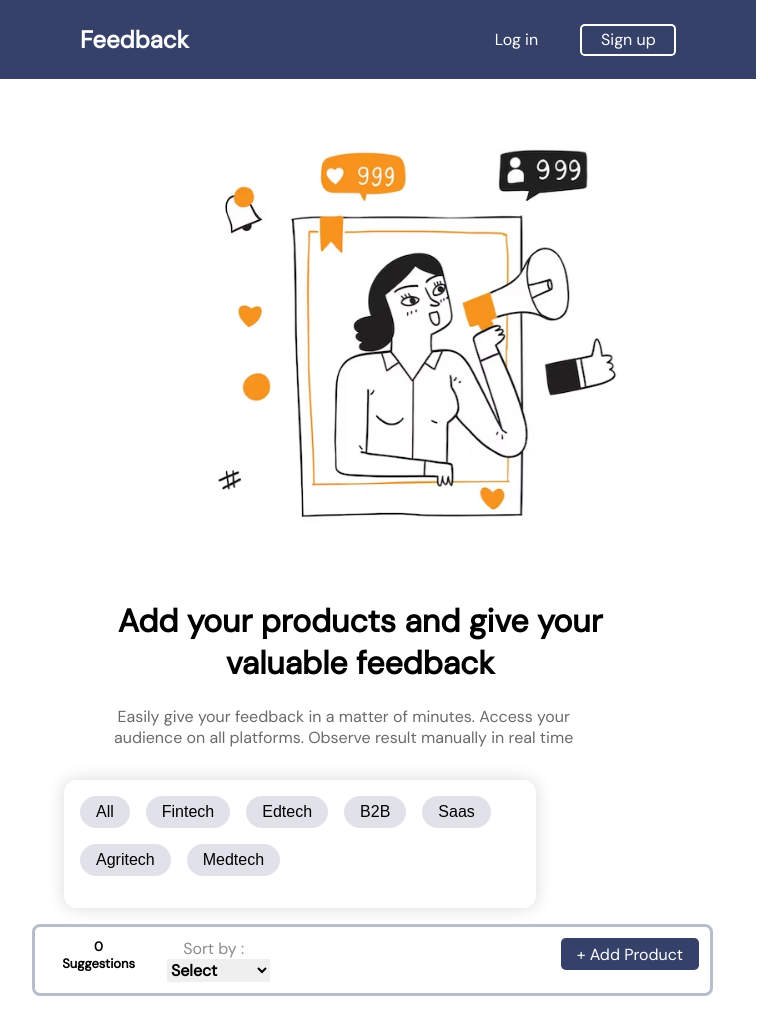
Repository: drumsmanku/final-evaluation-test
Page: / (app in client/)
The author's editor kept a copy of each file at every save. The page is drawn from the files as they stood at one save, then again after the next save.
The browser window is 768 px wide. The pictures show the whole page.
The page's requests for data from a server got no answer. The project was rebuilt for these pictures with package versions that can differ from the ones it lists, and the page was loaded fresh each time. No one was signed in, and anything a server would have sent is missing. Also part of the build but not shown: client/src/CSS/LoginPopUp.css, client/src/Components/LoginPopUp.js, client/src/CSS/SignupPopUp.css, client/src/Components/SignupPopUp.js, client/src/CSS/AddProductPopUp.css, client/src/Components/AddProductPopUp.js, client/src/Components/CommentsSection.js, client/src/CSS/SignUp.css and 3 more.

Above is the page before, as saved 2023-08-01 07:11:04.

After the next save:
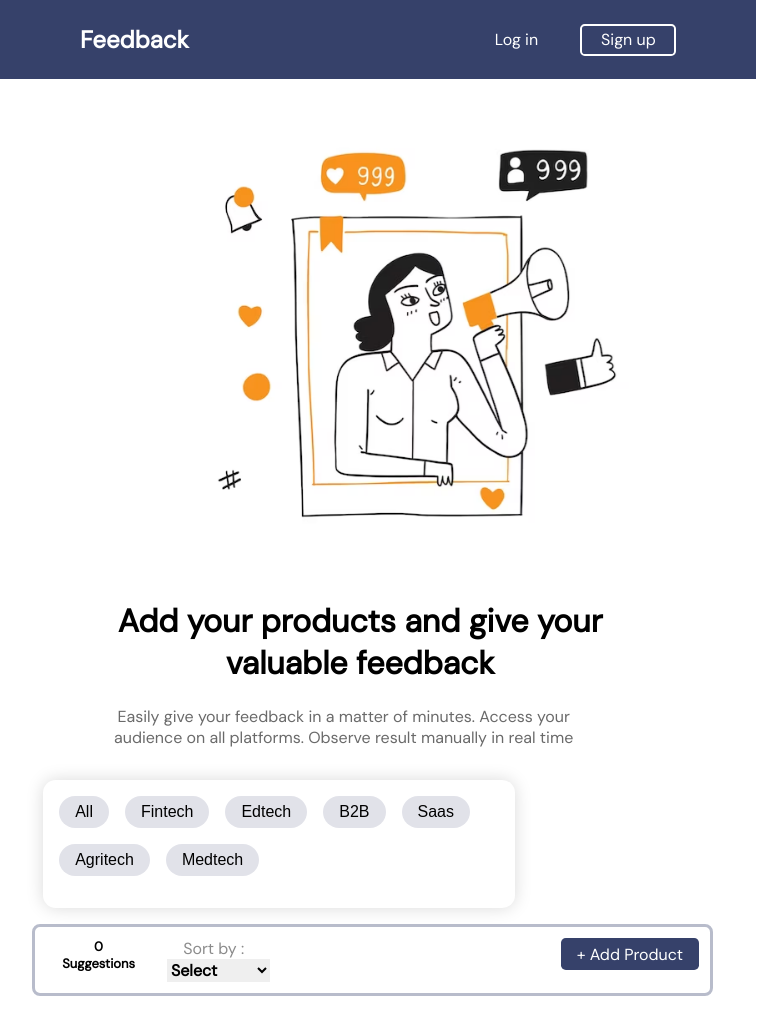
Saved 11 s later.
--- a/client/src/CSS/MainPage.css
+++ b/client/src/CSS/MainPage.css
@@ -180,7 +180,7 @@ body{
     width: 90%;
     flex-direction: row;
     margin-right: 0;
-    padding-left: 2rem;
+    padding-left: 0.7rem;
   }
   .bottom-top-right{
     width: 85vw;
